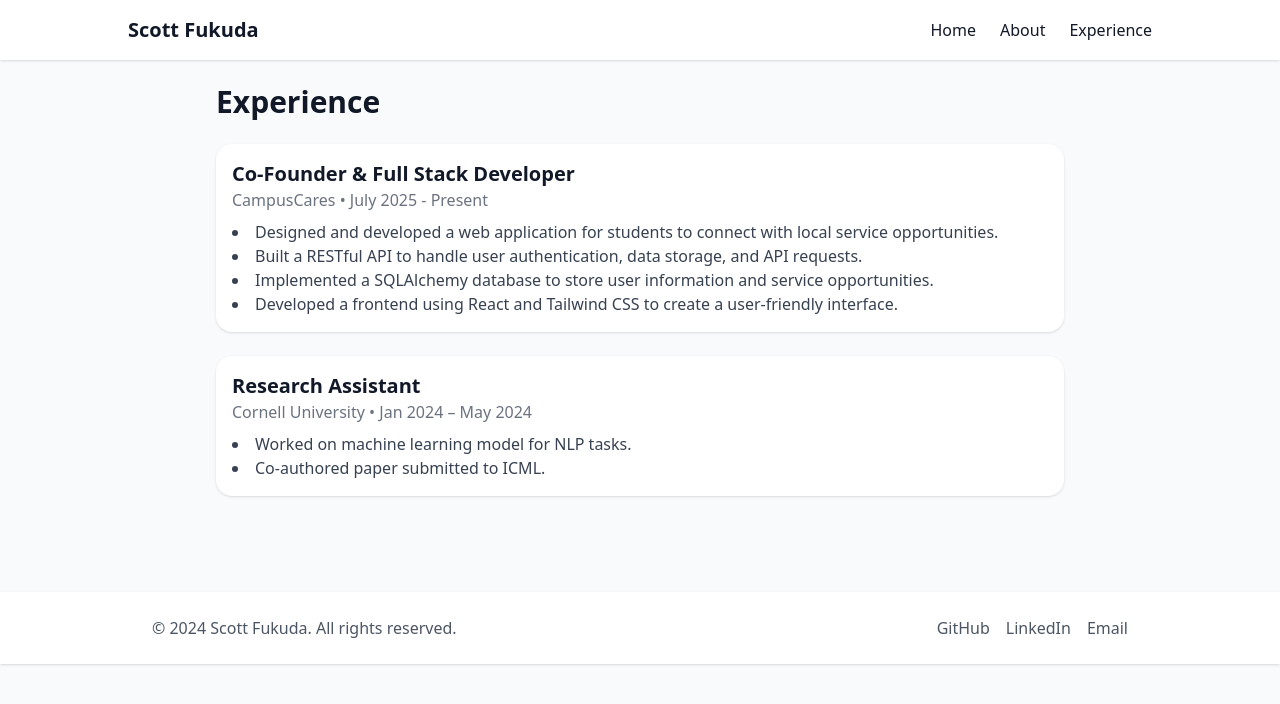
Repository: Scott-Fukuda/personalWebsite
Page: /experience
These files come from the project's save history. The page is drawn as it stood at one moment and after the next save; the edit follows.
The browser window is 1280 px wide. The pictures show the whole page.
The project was rebuilt for these pictures with package versions that can differ from the ones it lists, and the page was loaded fresh each time. Also part of the build but not shown: vite.config.js, src/components/ProjectCard.jsx, src/data/projects.jsx, src/pages/Home.jsx, src/pages/About.jsx.

Above is the page before, as saved 2025-08-27 17:11:59.

After the next save:
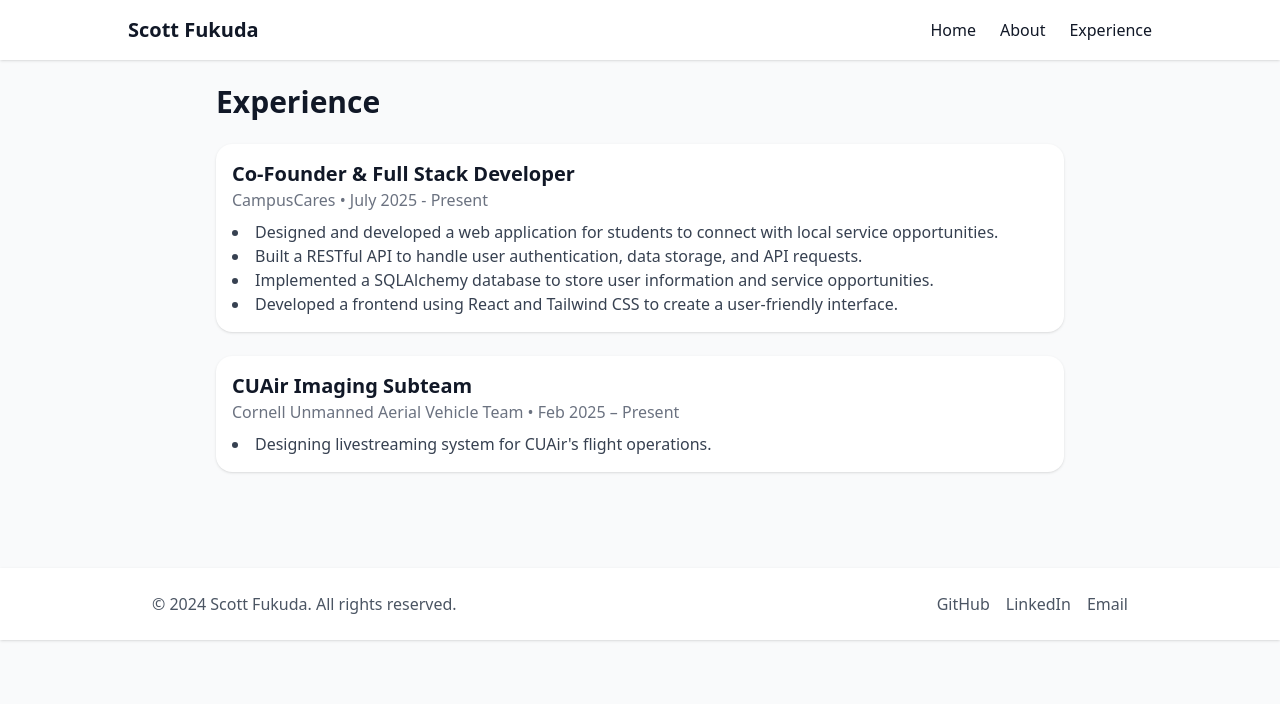
Saved 70 s later.
--- a/src/data/experiences.js
+++ b/src/data/experiences.js
@@ -11,12 +11,11 @@ export const experiences = [
     ],
   },
   {
-    role: "Research Assistant",
-    company: "Cornell University",
-    duration: "Jan 2024 – May 2024",
+    role: "CUAir Imaging Subteam",
+    company: "Cornell Unmanned Aerial Vehicle Team",
+    duration: "Feb 2025 – Present",
     description: [
-      "Worked on machine learning model for NLP tasks.",
-      "Co-authored paper submitted to ICML.",
+      "Designing livestreaming system for CUAir's flight operations.",
     ],
   },
 ];
